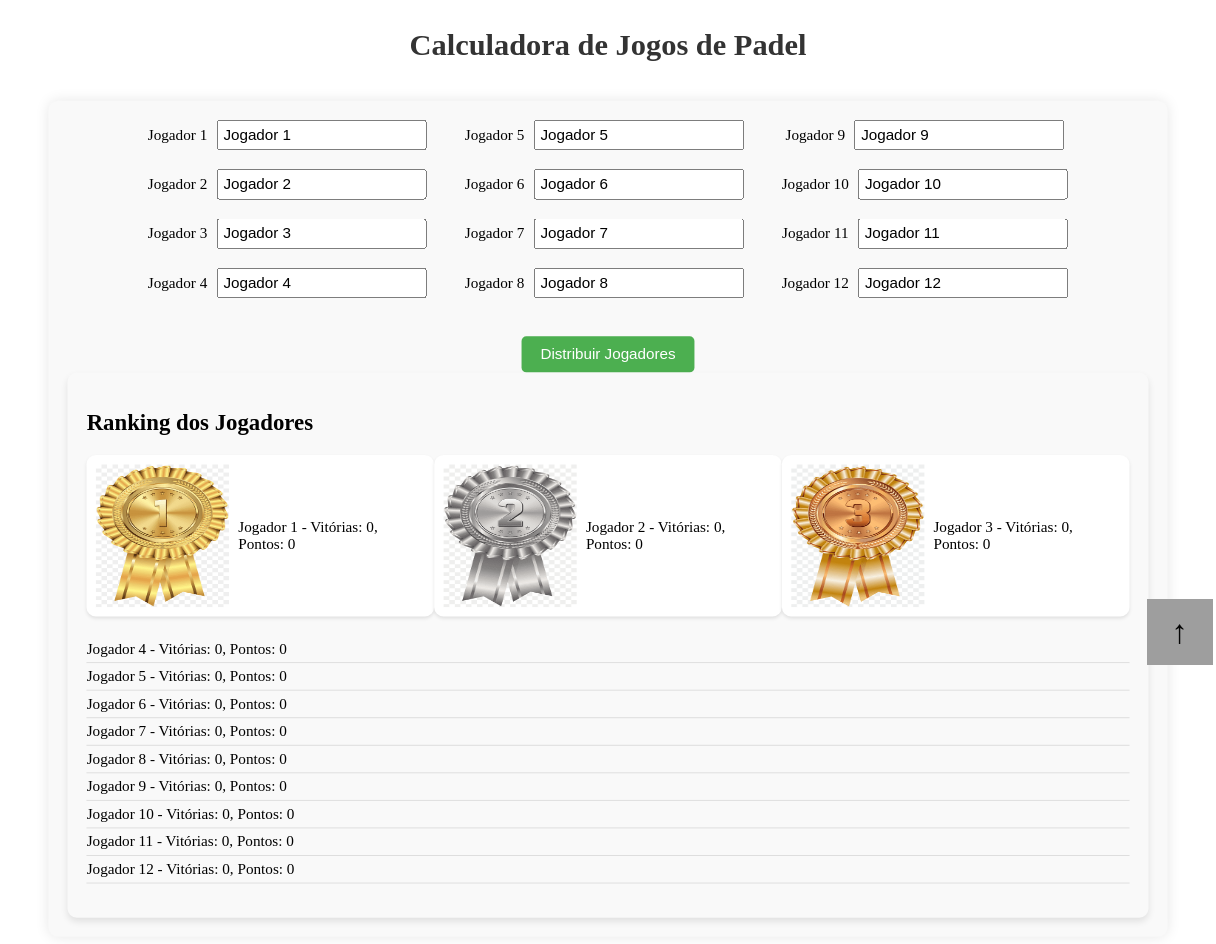
Repository: MarcioMiguel22/PadelMaster
Page: /calculadora
These files come from the project's save history. The page is drawn as it stood at one moment and after a run of saves; the edit follows.
The browser window is 1280 px wide. The pictures show the whole page, at 95% of full size.
Pictures or frames that could not be fetched are drawn as grey boxes. The project was rebuilt for these pictures with package versions that can differ from the ones it lists, and the page was loaded fresh each time. Also part of the build but not shown: vite.config.ts, src/pages/Home/Home.tsx, src/components/components_calculadora/Campo.tsx, src/components/components_calculadora/Jogo.tsx, src/index.css.

Above is the page before, as saved 2024-06-14 15:21:01.

### src/main.tsx
///home/marciomiguel/code/MarcioMiguel22/Sites/PadelMaster/src/main.tsx
import { render } from 'react-dom';
import { StrictMode } from 'react';
import App from './App';
import './index.css';

const root = document.getElementById('root')!;
render(
  <StrictMode>
    <App />
  </StrictMode>,
  root
);

### src/App.tsx

///home/marciomiguel/code/MarcioMiguel22/Sites/PadelMaster/src/App.tsx

import { BrowserRouter, Routes, Route } from 'react-router-dom';
import Home from './pages/Home/Home';
import Calculadora from './pages/Calculadora/Calculadora';

function App() {
  return (
    <BrowserRouter>
      <Routes>
        <Route path="/" element={<Home />} />
        <Route path="/calculadora" element={<Calculadora />} /> // Wrap Calculadora component with curly braces
      </Routes>
    </BrowserRouter>
  );
}

export default App

### src/pages/Calculadora/Calculadora.tsx
import React, { useState } from 'react';
import './Calculadora.css';
import JogadoresLista from '../../components/components_calculadora/JogadoresLista';
import Jogo from '../../components/components_calculadora/Jogo';
import Ranking from '../../components/components_calculadora/Ranking';
import { Jogador, Time, Campo as CampoType } from '../../utils/types/types'; // Importando os tipos
import { iniciarProximoJogo } from '../../components/components_calculadora/logic/gameLogic'; // Importando a função
import ScrollToTopButton from '../../components/components_calculadora/ScrollToTopButton'; // Importando o novo componente

const jogadoresIniciais: Jogador[] = Array.from({ length: 12 }, (_, i) => ({
  id: i + 1,
  nome: `Jogador ${i + 1}`,
  vitorias: 0,
  pontos: 0,
}));

const embaralharArray = <T,>(array: T[]): T[] => {
  const copiaArray = [...array];
  for (let i = copiaArray.length - 1; i > 0; i--) {
    const j = Math.floor(Math.random() * (i + 1));
    [copiaArray[i], copiaArray[j]] = [copiaArray[j], copiaArray[i]];
  }
  return copiaArray;
};

const criarTimes = (jogadores: Jogador[]): Time[] => {
  const jogadoresEmbaralhados = embaralharArray(jogadores);
  const times: Time[] = [];
  for (let i = 0; i < jogadoresEmbaralhados.length; i += 2) {
    times.push({ jogadores: jogadoresEmbaralhados.slice(i, i + 2), resultado: 0 });
  }
  return times;
};

const criarCampos = (times: Time[]): CampoType[] => [
  { id: 1, times: times.slice(0, 2) },
  { id: 2, times: times.slice(2, 4) },
  { id: 3, times: times.slice(4, 6) },
];

const CalculadoraApp: React.FC = () => {
  const [jogadores, setJogadores] = useState<Jogador[]>(jogadoresIniciais);
  const [jogos, setJogos] = useState<CampoType[][]>([]);

  const handleNomeChange = (id: number, novoNome: string) => {
    setJogadores(jogadores.map(jogador =>
      jogador.id === id ? { ...jogador, nome: novoNome } : jogador
    ));
  };

  const handleResultadoChange = (jogoIndex: number, campoId: number, timeIndex: number, novoResultado: number) => {
    setJogos(jogos.map((jogo, idx) =>
      idx === jogoIndex
        ? jogo.map(campo =>
            campo.id === campoId
              ? {
                  ...campo,
                  times: campo.times.map((time, index) =>
                    index === timeIndex ? { ...time, resultado: novoResultado } : time
                  ),
                }
              : campo
          )
        : jogo
    ));
  };

  const handleNomeEdit = (jogoIndex: number, campoId: number, timeIndex: number, jogadorIndex: number, novoNome: string) => {
    setJogos(jogos.map((jogo, idx) =>
      idx === jogoIndex
        ? jogo.map(campo =>
            campo.id === campoId
              ? {
                  ...campo,
                  times: campo.times.map((time, tIdx) =>
                    tIdx === timeIndex
                      ? {
                          ...time,
                          jogadores: time.jogadores.map((jogador, jIdx) =>
                            jIdx === jogadorIndex ? { ...jogador, nome: novoNome } : jogador
                          ),
                        }
                      : time
                  ),
                }
              : campo
          )
        : jogo
    ));
  };

  const distribuirJogadores = () => {
    const times = criarTimes(jogadores);
    const novosCampos = criarCampos(times);
    setJogos([novosCampos]);
  };

  const getTeamClass = (campo: CampoType, timeIndex: number): string => {
    if (campo.times.length < 2) return '';
    const resultadoAtual = campo.times[timeIndex].resultado;
    const resultadoOponente = campo.times[1 - timeIndex]?.resultado;
    if (resultadoAtual > resultadoOponente) return 'team vencedor';
    if (resultadoAtual < resultadoOponente) return 'team perdedor';
    return 'team';
  };

  const jogadoresClassificados = [...jogadores].sort((a, b) => {
    if (b.vitorias === a.vitorias) {
      return b.pontos - a.pontos;
    }
    return b.vitorias - a.vitorias;
  });

  return (
    <div className="calculadora-container">
      <h1>Calculadora de Jogos de Padel</h1>
      <div className="main-content">
        <JogadoresLista jogadores={jogadores} handleNomeChange={handleNomeChange} />
        <div className="fields-container">
          <button onClick={distribuirJogadores} className="distribute-button">Distribuir Jogadores</button>
          {jogos.map((jogo, jogoIndex) => (
            <Jogo
              key={jogoIndex}
              jogo={jogo}
              jogoIndex={jogoIndex}
              handleResultadoChange={handleResultadoChange}
              handleNomeEdit={handleNomeEdit}
              getTeamClass={getTeamClass}
            />
          ))}
        </div>
        {jogos.length > 0 && jogos.length < 5 && (
          <button onClick={() => iniciarProximoJogo(jogos, setJogos)} className="distribute-button">Jogo {jogos.length + 1}</button>
        )}
        <ScrollToTopButton />
        <Ranking jogadoresClassificados={jogadoresClassificados} />
      </div>
    </div>
  );
};

export default CalculadoraApp;

### src/pages/Home/Home.module.css
.padel-container {
  text-align: center;
  background-color: white;
  padding: 20px;
  border-radius: 10px;
  box-shadow: 0 0 10px rgba(0, 0, 0, 0.1);
}

h1 {
  color: #333;
  margin-bottom: 20px;
}

.padel-image {
  max-width: 50%;
  height: auto;
  border-radius: 10px;
  margin-bottom: 20px;
}

.enter-button {
  background-image: url('../../assets/images/tennis-ball.png'); /* Ensure the path is correct */
  background-size: cover;
  background-position: center;
  background-repeat: no-repeat;
  width: 60px;
  height: 60px;
  border: none;
  border-radius: 50%;
  cursor: pointer;
  padding: 0;
}

.enter-button:hover {
  transform: scale(1.1);
}

### src/pages/Calculadora/Calculadora.css
.calculadora-container {
  /* padding: 20px;
  text-align: center; */
  display: flex;
  flex-direction: column;
  align-items: center;
  gap: 20px;
}

.main-content {
  display: flex;
  flex-direction: column;
  align-items: center;*/
  gap: 20px;
  width: 90%;
  max-width: 1200px;
  margin: 0 auto;
  padding: 20px;
  background: #f9f9f9;
  border-radius: 10px;
  box-shadow: 0 0 15px rgba(0, 0, 0, 0.1);
}

.jogadores-lista {
  display: flex;
  flex-direction: row;
  justify-content: center;
  gap: 40px;
  /* margin-bottom: 20px; */

}
.conta{}
.jogadores-coluna {
  display: flex;
  flex-direction: column;
  align-items: center;
  gap: 10px;
}

.jogador-item {
  display: flex;
  align-items: center;
  margin-bottom: 10px;
}

.jogador-item label {
  margin-right: 10px;
}

.jogador-item input {
  padding: 5px;
  font-size: 16px;
}

.jogador-input {
  margin-right: 5px;
  padding: 5px;
  font-size: 16px;
  border: 1px solid #ccc;
  border-radius: 5px;
}

.distribute-button, .scroll-to-top {
  background-color: #4CAF50;
  color: white;
  padding: 10px 20px;
  border: none;
  border-radius: 5px;
  cursor: pointer;
  font-size: 16px;
  margin-top: 10px;
}

.distribute-button:hover, .scroll-to-top:hover {
  background-color: #45a049;
}

.fields-container {
  display: flex;
  flex-direction: column;
  align-items: center;
  margin-top: 20px;
}

.jogo {
  margin-bottom: 40px;
}

.campos {
  display: flex;
  justify-content: space-around;
}

.field {
  background: linear-gradient(to right, #c3e8ad, #a8d5ba);
  padding: 20px;
  border-radius: 10px;
  box-shadow: 0 0 10px rgba(0, 0, 0, 0.1);
  width: 30%;
}

.field h2 {
  margin-top: 0;
}

.team {

  list-style-type: none;
  padding: 5px;
  background-color: #fff;
  margin: 5px 0;
  border-radius: 5px;
  box-shadow: 0 0 5px rgba(0, 0, 0, 0.1);
  width:fit-content; /* Ajuste o valor conforme necessário */
}


.team.vencedor {
  background-color: #d4edda; /* Verde claro */
}

.team.perdedor {
  background-color: #f8d7da; /* Vermelho claro */
}

.team div {
  display: flex;
  align-items: center;
}

.team input.resultado-input {
  margin-left: 10px;
  width: 45px;
  padding: 5px;
  font-size: 16px;
}

.ranking-container {
  margin-top: 40px;
}

.ranking-container h2 {
  margin-bottom: 10px;
}

.ranking-container ul {
  list-style-type: none;
  padding: 0;
}

.ranking-container li {
  margin: 5px 0;
}

### src/components/components_calculadora/JogadoresLista.tsx
import React from 'react';
import JogadorItem from './JogadorItem';
import { Jogador } from '../../utils/types/types'; // Importando o tipo Jogador

interface JogadoresListaProps {
  jogadores: Jogador[];
  handleNomeChange: (id: number, novoNome: string) => void;
}

const JogadoresLista: React.FC<JogadoresListaProps> = ({ jogadores, handleNomeChange }) => (
  <div className="jogadores-lista">
    {Array.from({ length: 3 }, (_, i) => (
      <div className="jogadores-coluna" key={i}>
        {jogadores.slice(i * 4, (i + 1) * 4).map(jogador => (
          <JogadorItem
            key={jogador.id}
            jogador={jogador}
            handleNomeChange={handleNomeChange}
          />
        ))}
      </div>
    ))}
  </div>
);

export default JogadoresLista;

### src/components/components_calculadora/Ranking.tsx
import React from 'react';
import ouro from '../../assets/images/ouro.png';
import prata from '../../assets/images/prata.png';
import bronze from '../../assets/images/bronze.png';
import styles from './Ranking.module.css';

interface Jogador {
  id: number;
  nome: string;
  vitorias: number;
  pontos: number;
}

interface RankingProps {
  jogadoresClassificados: Jogador[];
}

const Ranking: React.FC<RankingProps> = ({ jogadoresClassificados }) => {
  const top3 = jogadoresClassificados.slice(0, 3);
  const outrosJogadores = jogadoresClassificados.slice(3);

  const medalhas = [ouro, prata, bronze];

  return (
    <div className={styles.rankingContainer}>
      <h2>Ranking dos Jogadores</h2>
      <div className={styles.top3Container}>
        {top3.map((jogador, index) => (
          <div key={jogador.id} className={styles.top3Item}>
            <img src={medalhas[index]} alt={`Medalha de ${index + 1}`} className={styles.medalha} />
            {jogador.nome} - Vitórias: {jogador.vitorias}, Pontos: {jogador.pontos}
          </div>
        ))}
      </div>
      <ul className={styles.outrosJogadores}>
        {outrosJogadores.map((jogador) => (
          <li key={jogador.id}>
            {jogador.nome} - Vitórias: {jogador.vitorias}, Pontos: {jogador.pontos}
          </li>
        ))}
      </ul>
    </div>
  );
};

export default Ranking;

### src/components/components_calculadora/logic/gameLogic.ts
import { Jogador, Campo as CampoType } from '../../../utils/types/types';

export const separarDuplas = (jogadores: Jogador[]): Jogador[] => {
  const separados: Jogador[] = [];
  while (jogadores.length) {
    const [jogador1, jogador2] = jogadores.splice(0, 2);
    separados.push(jogador1);
    if (jogador2) separados.push(jogador2);
  }
  return separados;
};

export const iniciarProximoJogo = (jogos: CampoType[][], setJogos: React.Dispatch<React.SetStateAction<CampoType[][]>>) => {
  const ultimoJogo = jogos[jogos.length - 1];
  const novosCampos: CampoType[] = [
    { id: 1, times: [] },
    { id: 2, times: [] },
    { id: 3, times: [] },
  ];

  const campo1 = ultimoJogo.find(campo => campo.id === 1);
  const campo2 = ultimoJogo.find(campo => campo.id === 2);
  const campo3 = ultimoJogo.find(campo => campo.id === 3);

  if (campo1 && campo2 && campo3) {
    const [time1Campo1, time2Campo1] = campo1.times;
    const [time1Campo2, time2Campo2] = campo2.times;
    const [time1Campo3, time2Campo3] = campo3.times;

    // Vencedores e perdedores dos campos
    const vencedoresCampo1 = time1Campo1.resultado > time2Campo1.resultado ? time1Campo1.jogadores : time2Campo1.jogadores;
    const perdedoresCampo1 = time1Campo1.resultado > time2Campo1.resultado ? time2Campo1.jogadores : time1Campo1.jogadores;

    const vencedoresCampo2 = time1Campo2.resultado > time2Campo2.resultado ? time1Campo2.jogadores : time2Campo2.jogadores;
    const perdedoresCampo2 = time1Campo2.resultado > time2Campo2.resultado ? time2Campo2.jogadores : time1Campo2.jogadores;

    const vencedoresCampo3 = time1Campo3.resultado > time2Campo3.resultado ? time1Campo3.jogadores : time2Campo3.jogadores;
    const perdedoresCampo3 = time1Campo3.resultado > time2Campo3.resultado ? time2Campo3.jogadores : time1Campo3.jogadores;

    // Atualizar pontuação dos jogadores
    const margemVitoriaCampo1 = Math.abs(time1Campo1.resultado - time2Campo1.resultado);
    const margemVitoriaCampo2 = Math.abs(time1Campo2.resultado - time2Campo2.resultado);
    const margemVitoriaCampo3 = Math.abs(time1Campo3.resultado - time2Campo3.resultado);

    vencedoresCampo1.forEach(jogador => {
      jogador.vitorias += 1;
      jogador.pontos += margemVitoriaCampo1;
    });

    vencedoresCampo2.forEach(jogador => {
      jogador.vitorias += 1;
      jogador.pontos += margemVitoriaCampo2;
    });

    vencedoresCampo3.forEach(jogador => {
      jogador.vitorias += 1;
      jogador.pontos += margemVitoriaCampo3;
    });

    // Campo 1: vencedores do campo 1 e vencedores do campo 2
    novosCampos[0].times.push(
      { jogadores: [vencedoresCampo1[0], vencedoresCampo2[0]], resultado: 0 },
      { jogadores: [vencedoresCampo1[1], vencedoresCampo2[1]], resultado: 0 }
    );

    // Campo 2: perdedores do campo 1 e vencedores do campo 3
    novosCampos[1].times.push(
      { jogadores: [perdedoresCampo1[0], vencedoresCampo3[0]], resultado: 0 },
      { jogadores: [perdedoresCampo1[1], vencedoresCampo3[1]], resultado: 0 }
    );

    // Campo 3: perdedores do campo 2 e perdedores do campo 3
    novosCampos[2].times.push(
      { jogadores: [perdedoresCampo2[0], perdedoresCampo3[0]], resultado: 0 },
      { jogadores: [perdedoresCampo2[1], perdedoresCampo3[1]], resultado: 0 }
    );
  }

  setJogos([...jogos, novosCampos]);
};

### src/components/components_calculadora/ScrollToTopButton.tsx
import React from 'react';
import tennisBall from '../../assets/images/tennis-ball.png';
import styles from './ScrollToTopButton.module.css'; // Importando o arquivo CSS Module

const ScrollToTopButton: React.FC = () => {
  const scrollToTop = () => {
    window.scrollTo({ top: 0, behavior: 'smooth' });
  };

  return (
    <button onClick={scrollToTop} className={styles.scrollToTop}>
      <img src={tennisBall} alt="Tennis Ball" className={styles.tennisBall} />
      <span className={styles.arrowUp}>↑</span>
    </button>
  );
};

export default ScrollToTopButton;

### src/components/components_calculadora/JogadorItem.tsx
import React from 'react';
import { Jogador } from '../../utils/types/types'; // Importando o tipo Jogador

interface JogadorItemProps {
  jogador: Jogador;
  handleNomeChange: (id: number, novoNome: string) => void;
}

const JogadorItem: React.FC<JogadorItemProps> = ({ jogador, handleNomeChange }) => (
  <div className="jogador-item">
    <label>{`Jogador ${jogador.id}`}</label>
    <input
      type="text"
      value={jogador.nome}
      onChange={(e) => handleNomeChange(jogador.id, e.target.value)}
    />
  </div>
);

export default JogadorItem;

### src/components/components_calculadora/Ranking.module.css
.rankingContainer {
  padding: 20px;
  background-color: #f9f9f9;
  border-radius: 10px;
  box-shadow: 0 4px 8px rgba(0, 0, 0, 0.1);
}

.top3Container {
  display: flex;
  justify-content: space-around;
  margin-bottom: 20px;
}

.top3Item {
  display: flex;
  align-items: center;
  padding: 10px;
  background-color: #ffffff;
  border-radius: 10px;
  box-shadow: 0 2px 4px rgba(0, 0, 0, 0.1);
}

.medalha {
  width: 150px;
  height: 150px;
  margin-right: 10px;
  transition: transform 0.3s ease-in-out;
}

.medalha:hover {
  transform: scale(1.2);
  animation: pulse 1s infinite;
}

@keyframes pulse {
  0% {
    transform: scale(1.2);
  }
  50% {
    transform: scale(1.25);
  }
  100% {
    transform: scale(1.2);
  }
}

.outrosJogadores {
  list-style-type: none;
  padding: 0;
}

.outrosJogadores li {
  padding: 5px 0;
  border-bottom: 1px solid #ddd;
}

### src/components/components_calculadora/ScrollToTopButton.module.css
.scrollToTop {
  position: fixed;
  bottom: 20px;
  left: 97%;
  transform: translateX(-50%);
  width: 70px;
  height: 70px;
  border: none;
  background: none;
  cursor: pointer;
  display: flex;
  align-items: center;
  justify-content: center;
}

.tennisBall {
  width: 100%;
  height: 100%;
  position: absolute;
}

.arrowUp {
  position: absolute;
  font-size: 35px;
  color: rgb(5, 5, 5);
  font-weight: bold;
  z-index: 1;
}

Loaded but not shown: index.html (common file)

After the next 2 saves:
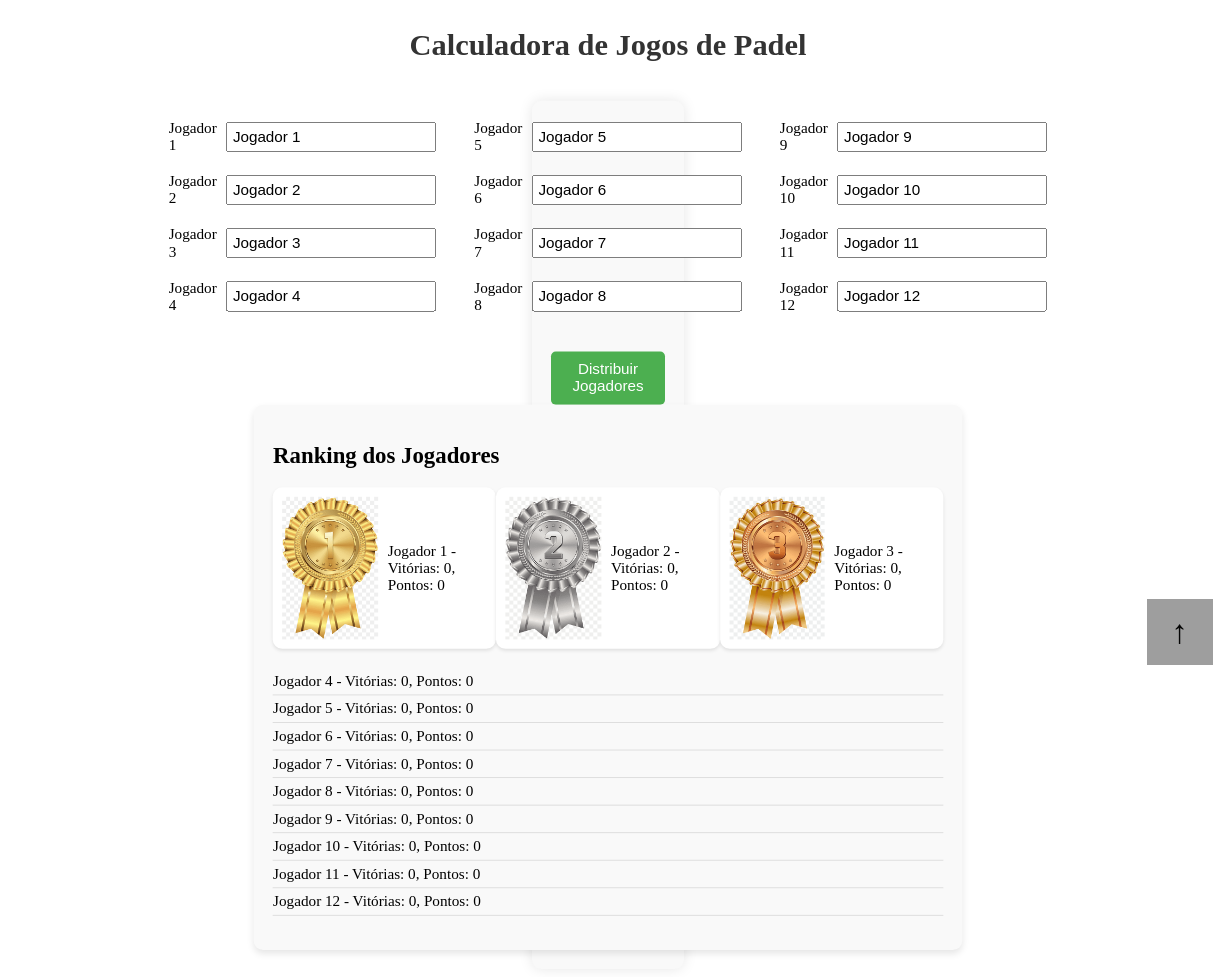
The 2 saves are shown as one change because they came seconds apart.
The last was saved 74 s later.
--- a/src/pages/Calculadora/Calculadora.css
+++ b/src/pages/Calculadora/Calculadora.css
@@ -13,7 +13,7 @@
   align-items: center;*/
   gap: 20px;
   width: 90%;
-  max-width: 1200px;
+  max-width: 120px;
   margin: 0 auto;
   padding: 20px;
   background: #f9f9f9;
